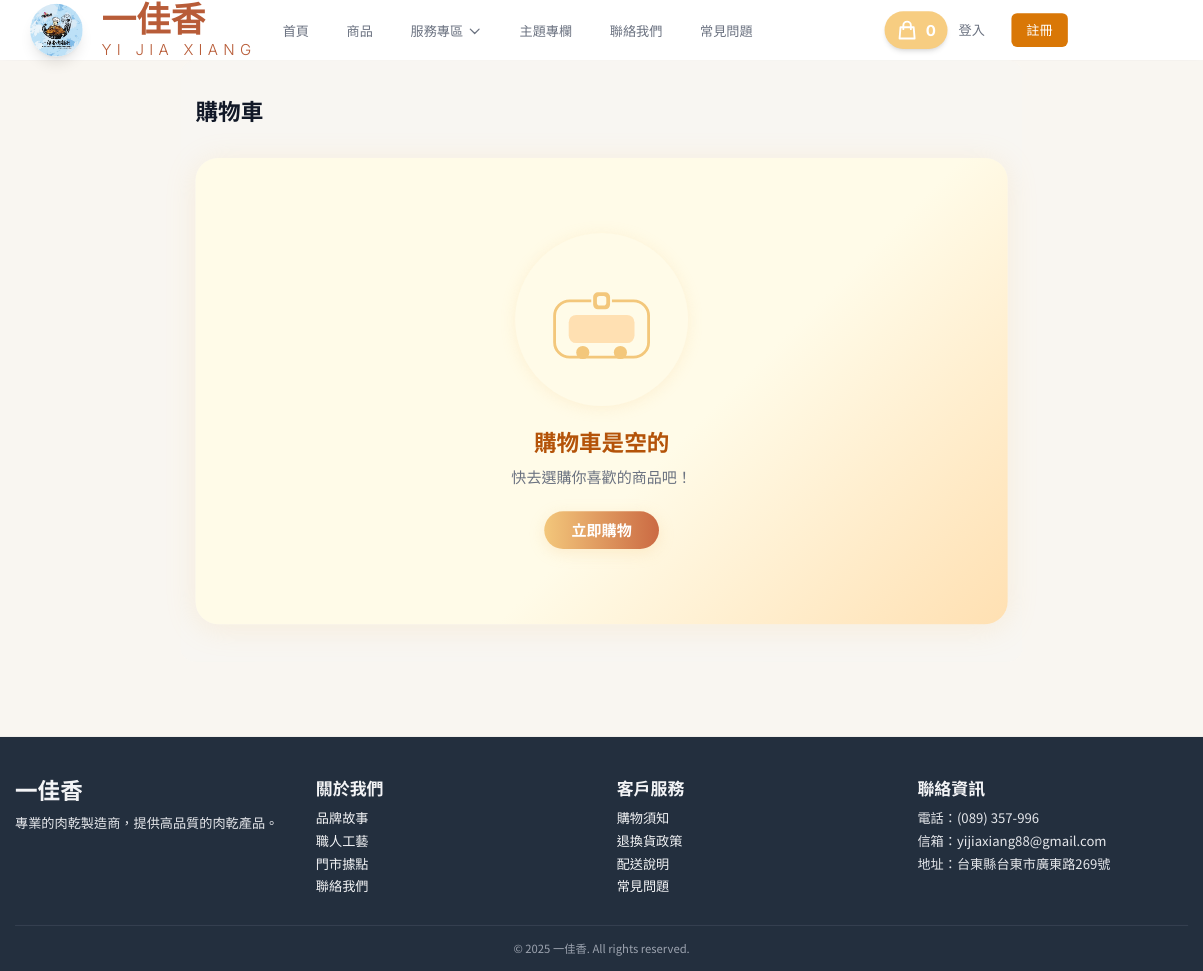
Repository: jack74387/YI-JIA-XIANG
Page: /cart (app in frontend/)
These files come from the project's save history. The page is drawn as it stood at one moment and after the next save; the edit follows.
The browser window is 1280 px wide. The pictures show the whole page, at 94% of full size.
The page's requests for data from a server got no answer. The project was rebuilt for these pictures with package versions that can differ from the ones it lists, and the page was loaded fresh each time. No one was signed in, and anything a server would have sent is missing. Also part of the build but not shown: frontend/vite.config.ts, frontend/src/components/ArticleBlock.vue, frontend/src/views/HomeView.vue, frontend/src/components/ProductImageGallery.vue, frontend/src/components/ProductInfo.vue, frontend/src/components/ProductTabs.vue, frontend/src/components/ProductAddToCartModal.vue, frontend/src/views/ProductDetailView.vue and 1 more.

Above is the page before, as saved 2025-08-14 08:14:00.

After the next save:
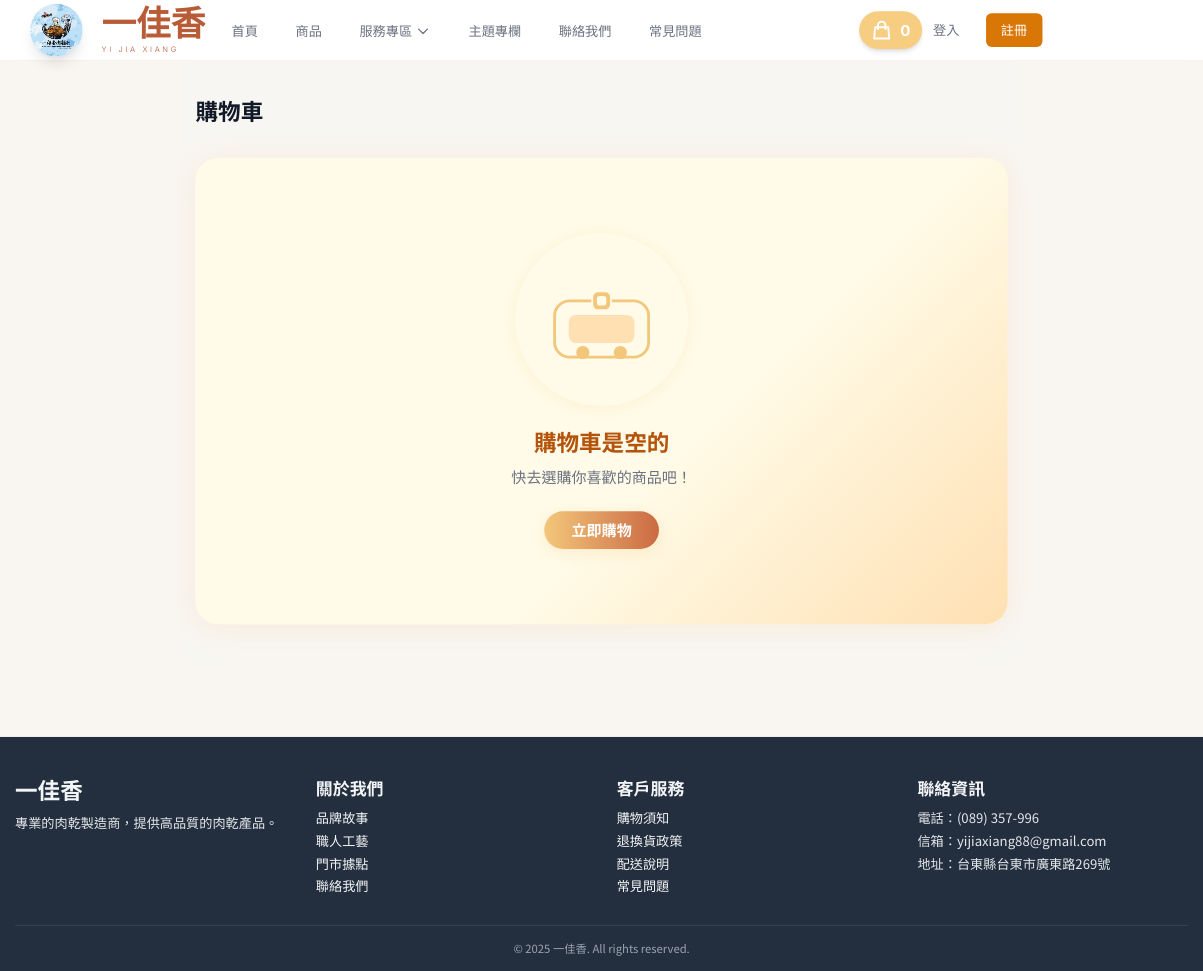
Saved 10 s later.
--- a/frontend/src/components/Navigation.vue
+++ b/frontend/src/components/Navigation.vue
@@ -11,7 +11,7 @@
                 style="font-family: 'Noto Serif TC', 'Microsoft JhengHei', '微軟正黑體', serif; color: #b85c38; line-height: 1;"
               >一佳香</span>
               <span
-                class="text-[1rem] font-light uppercase tracking-[0.35em] mt-1"
+                class="text-[0.5rem] font-light uppercase tracking-[0.35em] mt-1"
                 style="color: #b85c38; letter-spacing: 0.35em; line-height: 1;"
               >YI JIA XIANG</span>
             </div>
